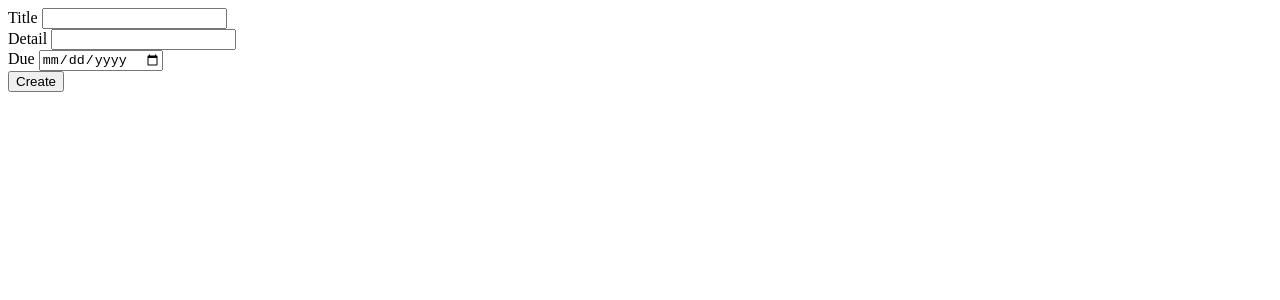
Repository: sgmtg/ToDoList
Page: http://localhost/create
The author's editor kept a record of every edit. The page is drawn from the files as they stood at one moment, then again after the next edit.
The browser window is 1280 px wide. The pictures show the whole page.
The page is served by the project's application, run on Flask 3 (app.py).

Above is the page before.

After the next edit:
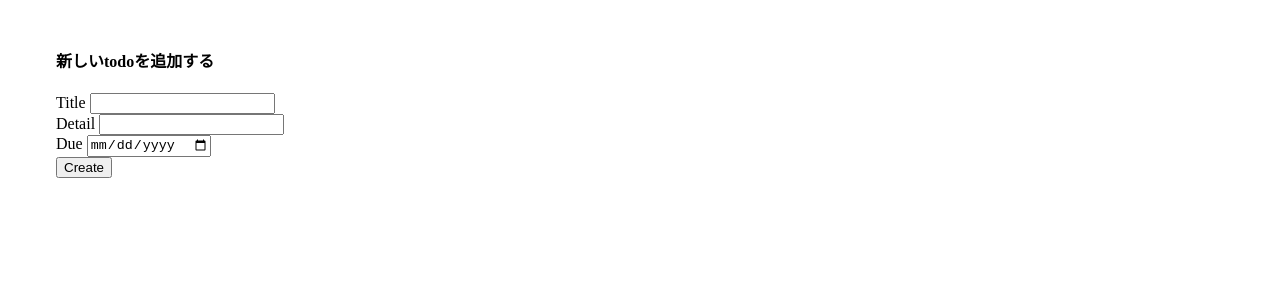
The edit:
--- a/templates/create.html
+++ b/templates/create.html
@@ -3,21 +3,27 @@
 
 
 {% block body %}
-<div class="form">
-    <form action="/" method="POST">
-        <div>
-            <label for="title">Title</label>
-            <input type="text" id="title" name="title">
-        </div>
-        <div>
-            <label for="detail">Detail</label>
-            <input type="textarea" id="detail" name="detail">
-        </div>
-        <div>
-            <label for="due">Due</label>
-            <input type="date" id="due" name="due" required>
-        </div>
-        <input type="submit" value="Create">
-    </form>
+<div class="card" style="width: 18rem; margin: 3rem;">
+  <div class="card-body">
+    <h4>新しいtodoを追加する</h4>
+    <div class="form">
+        <form action="/" method="POST">
+            <div>
+                <label for="title">Title</label>
+                <input type="text" id="title" name="title">
+            </div>
+            <div>
+                <label for="detail">Detail</label>
+                <input type="textarea" id="detail" name="detail">
+            </div>
+            <div>
+                <label for="due">Due</label>
+                <input type="date" id="due" name="due" required>
+            </div>
+            <input type="submit" value="Create">
+        </form>
+    </div>
+  </div>
 </div>
+
 {% endblock %}
